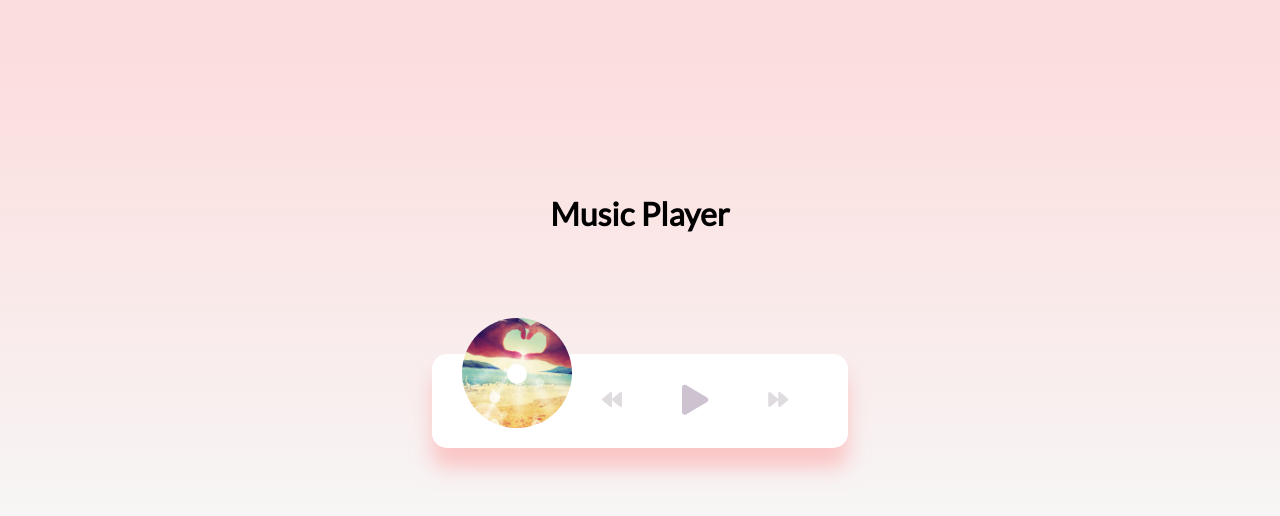
Repository: Youvelop/musicPlayer
Page: index.html
An editor plug-in stored every save of this project. The page is shown before and after the next save, followed by the edit.
The browser window is 1280 px wide. The pictures show the whole page.
Pictures or frames that could not be fetched are drawn as grey boxes. Some web libraries are served in a nearby version.

Above is the page before, as saved 2020-07-08 09:49:38.

### index.html
<!DOCTYPE html>
<html lang="en">
  <head>
    <meta charset="UTF-8" />
    <meta name="viewport" content="width=device-width, initial-scale=1.0" />
    <link
      rel="stylesheet"
      href="https://cdnjs.cloudflare.com/ajax/libs/font-awesome/5.10.2/css/all.min.css"
    />
    <link rel="stylesheet" href="style.css" />
    <title>Music Player</title>
  </head>
  <body>
    <h1>Music Player</h1>
    <div class="music-container" id="music-container">
      <div class="music-info">
        <h4 id="title"></h4>
        <div class="progress-container" id="progress-container">
          <div class="progress" id="progress"></div>
        </div>
      </div>
      <audio src="music/ukulele.mp3" id="audio"></audio>

      <div class="img-container">
        <img src="images/ukulele.jpg" id="cover" alt="music-cover" />
      </div>
      <div class="navigation">
        <button id="prev" class="action-btn">
          <i class="fas fa-backward"></i>
        </button>
        <button id="play" class="action-btn action-btn-big">
          <i class="fas fa-play"></i>
        </button>
        <button id="prev" class="action-btn">
          <i class="fas fa-forward"></i>
        </button>
      </div>
    </div>
    <script src="script.js"></script>
  </body>
</html>

### style.css
@import url('https://fonts.googleapis.com/css?family=Lato&display=swap');

* {
  box-sizing: border-box;
}

body {
  background-image: linear-gradient(
    0deg,
    rgba(247, 247, 247, 1) 23.8%,
    rgba(252, 221, 221, 1) 92%
  );
  height: 100vh;
  display: flex;
  flex-direction: column;
  align-items: center;
  justify-content: center;
  font-family: 'Lato', sans-serif;
  margin: 0;
}

.music-container {
  background-color: #fff;
  border-radius: 15px;
  box-shadow: 0 20px 20px 0 rgba(252, 169, 169, 0.6);
  display: flex;
  padding: 20px 30px;
  position: relative;
  margin: 100px 0;
  z-index: 10;
}

.img-container {
  position: relative;
  width: 110px;
}

.img-container::after {
  content: '';
  background-color: #fff;
  border-radius: 50%;
  position: absolute;
  bottom: 100%;
  left: 50%;
  width: 20px;
  height: 20px;
  transform: translate(-50%, 50%);
}

.img-container img {
  border-radius: 50%;
  object-fit: cover;
  height: 110px;
  width: inherit;
  position: absolute;
  bottom: 0;
  left: 0;
  animation: rotate 3s linear infinite;

  animation-play-state: paused;
}

.music-container.play .img-container img {
  animation-play-state: running;
}

@keyframes rotate {
  from {
    transform: rotate(0deg);
  }

  to {
    transform: rotate(360deg);
  }
}

.navigation {
  display: flex;
  align-items: center;
  justify-content: center;
  z-index: 1;
}

.action-btn {
  background-color: #fff;
  border: 0;
  color: #dfdbdf;
  font-size: 20px;
  cursor: pointer;
  padding: 10px;
  margin: 0 20px;
}

.action-btn.action-btn-big {
  color: #cdc2d0;
  font-size: 30px;
}

.action-btn:focus {
  outline: 0;
}

.music-info {
  background-color: rgba(255, 255, 255, 0.5);
  border-radius: 15px 15px 0 0;
  position: absolute;
  top: 0;
  left: 20px;
  width: calc(100% - 40px);
  padding: 10px 10px 10px 150px;
  opacity: 0;
  transform: translateY(0%);
  transition: transform 0.3s ease-in, opcaity 0.3s ease-in;
  z-index: 0;
}

.music-container.play .music-info {
  opacity: 1;
  transform: translateY(-100%);
}

.music-info h4 {
  margin: 0;
}

.progress-container {
  background: #fff;
  border-radius: 5px;
  cursor: pointer;
  margin: 10px 0;
  height: 4px;
  width: 100%;
}
.progress {
  background-color: #fe8daa;
  border-radius: 5px;
  height: 100%;
  width: 0%;
  transition: width 0.1s linear;
}

### script.js
const musicContainer = document.getElementById('music-container');
const playBtn = document.getElementById('play');
const prevBtn = document.getElementById('prev');
const nextBtn = document.getElementById('next');

const audio = document.getElementById('audio');
const progress = document.getElementById('progress');
const progresscontainer = document.getElementById('progress-conatiner');
const title = document.getElementById('title');
const cover = document.getElementById('cover');

// Song titles
const songs = ['hey', 'summer', 'ukelele'];

// keep track of song
let songIndex = 1;

// Initially load song details into DOM
loadSong(songs[songIndex]);

// Update song details
function loadSong(song) {
  title.innerText = song;
  audio.src = `music/${song}.mp3`;
  cover.src = `images/${song}.jpg`;
}

After the next save:
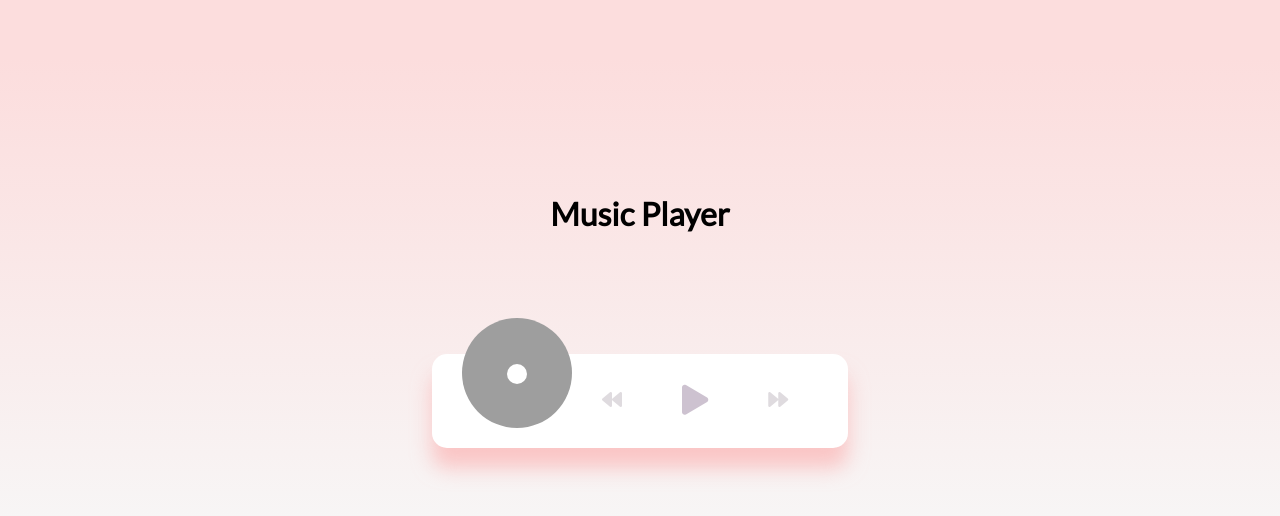
Saved 17 s later.
--- a/script.js
+++ b/script.js
@@ -13,7 +13,7 @@ const cover = document.getElementById('cover');
 const songs = ['hey', 'summer', 'ukelele'];
 
 // keep track of song
-let songIndex = 1;
+let songIndex = 2;
 
 // Initially load song details into DOM
 loadSong(songs[songIndex]);
